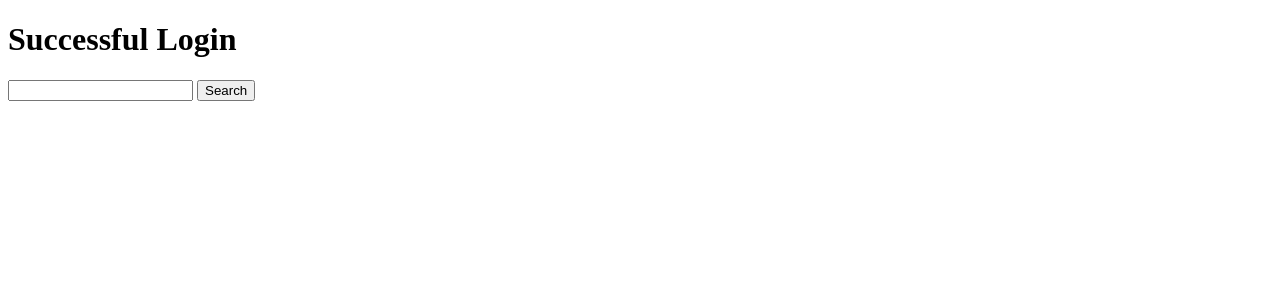
Repository: jzhang4/108-quizlet
Page: http://localhost/Quizlet/HomepageUser.jsp
An editor plug-in stored every save of this project. The page is shown before and after the next save, followed by the edit.
The browser window is 1280 px wide. The pictures show the whole page.
The page is served by Tomcat 9. Nobody is signed in. The application's start-up code is not run. Other server files are loaded and not shown.

Above is the page before, as saved 2016-03-02 07:31:02.

### Quizlet/WebContent/HomepageUser.jsp
<%@ page language="java" contentType="text/html; charset=UTF-8"
    pageEncoding="UTF-8"%>
<!DOCTYPE html PUBLIC "-//W3C//DTD HTML 4.01 Transitional//EN" "http://www.w3.org/TR/html4/loose.dtd">
<html>
<head>
<meta http-equiv="Content-Type" content="text/html; charset=UTF-8">
<title>Successful Login</title>
</head>
<body>
<h1>Successful Login</h1>


<form action="SearchUserServlet" method="post">
<input type="text" name="user"/>
<input type="submit" value="Search"/>
</form>

</body>
</html>

After the next save:
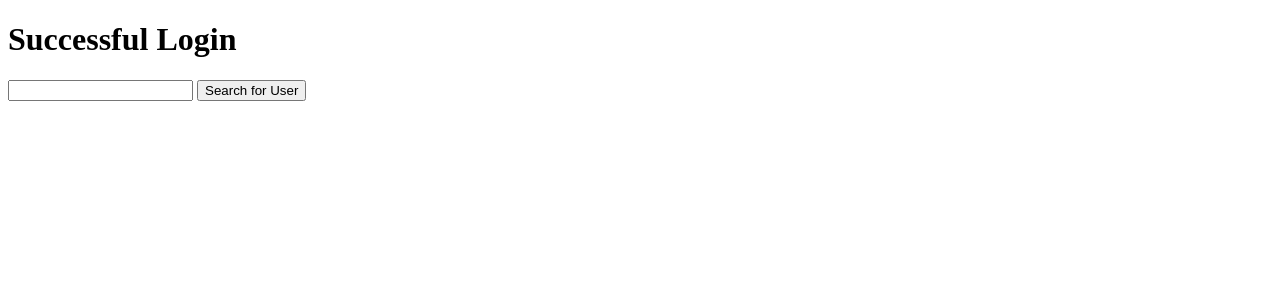
Saved 30 s later.
--- a/Quizlet/WebContent/HomepageUser.jsp
+++ b/Quizlet/WebContent/HomepageUser.jsp
@@ -12,7 +12,7 @@
 
 <form action="SearchUserServlet" method="post">
 <input type="text" name="user"/>
-<input type="submit" value="Search"/>
+<input type="submit" value="Search for User"/>
 </form>
 
 </body>
